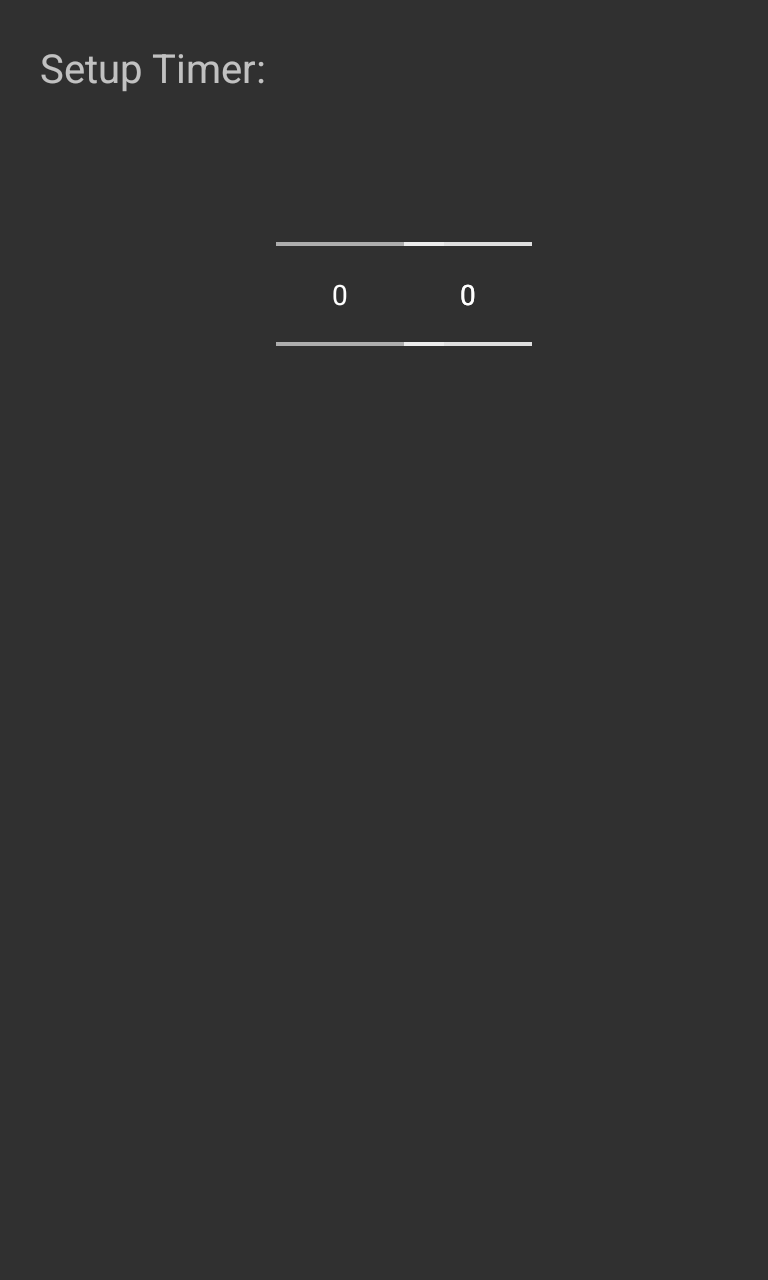
Repository: deanzaka/Shroom-Smart-Terminal
Layout: IOIOShroomST/res/layout/timer.xml
The author's editor kept a copy of each file at every save. The layout is drawn from the files as they stood at one save, then again after the next save.
It is drawn on a 768 x 1280 px phone screen (xhdpi) without system bars, with theme Theme.AppCompat; the app's code is not run.

Above is the layout before, as saved 2014-11-18 10:11:28.

### IOIOShroomST/res/layout/timer.xml
<?xml version="1.0" encoding="utf-8"?>
<LinearLayout xmlns:android="http://schemas.android.com/apk/res/android"
    android:orientation="vertical"
    android:layout_width="fill_parent"
    android:layout_height="fill_parent">

    <TextView
        android:layout_width="wrap_content"
        android:layout_height="wrap_content"
        android:text="@string/timer_setup_label"
        android:textSize="20sp"
        android:paddingTop="20dp"
        android:paddingLeft="20dp"/>

    <RelativeLayout
	    android:layout_width="fill_parent"
	    android:layout_height="wrap_content"
	    android:gravity="center_horizontal"
	    android:paddingTop="10dp"
	    android:paddingLeft="20dp">

	    <NumberPicker
		    android:id="@+id/userHour"
		    android:layout_width="wrap_content"
		    android:layout_height="wrap_content" />

	    <NumberPicker
		    android:id="@+id/userMin"
		    android:layout_width="wrap_content"
		    android:layout_height="wrap_content"
		    android:paddingLeft="20dp"
		    android:layout_toRightOf="@id/userHour"/>

	    <NumberPicker
		    android:id="@+id/userSec"
		    android:layout_width="wrap_content"
		    android:layout_height="wrap_content"
		    android:paddingLeft="20dp"
		    android:layout_toRightOf="@id/userHour"/>

	</RelativeLayout>

</LinearLayout>

### IOIOShroomST/res/values/strings.xml
<?xml version="1.0" encoding="utf-8"?>
<resources>

    <string name="app_name">Shroom - Smart Outlet</string>
    <string name="terminal_1">Plug 1</string>
    <string name="terminal_2">Plug 2</string>
    <string name="terminal_3">Plug 3</string>
    <string name="lamp">Lamp</string>
    <string name="light_label">Light intensity: </string>
    <string name="light_setup_label">Light setup: </string>
    <string name="temp_label">Temperature: </string>
    <string name="temp_setup_label">Temperature setup: </string>
    <string name="timer_setup_label">Setup Timer: </string>
    <string name="cel_label">celcius</string>
    <string name="lux_label">lux</string>
    <string name="auto_label">Auto Mode</string>
    <string name="action_sensors">Sensors</string>
    <string name="action_settings">Setting</string>
    <string name="action_timer">Timer</string>
    <string name="yes_answer">Yes</string>
    <string name="no_answer">No</string>
    <string name="title_activity_settings">Settings</string>
    <string name="hello_world">Hello world!</string>
    <string name="title_activity_sensors">Sensors</string>
    <string name="light_sensor">Light</string>
    <string name="temp_sensor">Temp</string>
    <string name="timer">Timer</string>
    <string name="title_activity_timer">Timer</string>

</resources>

After the next save:
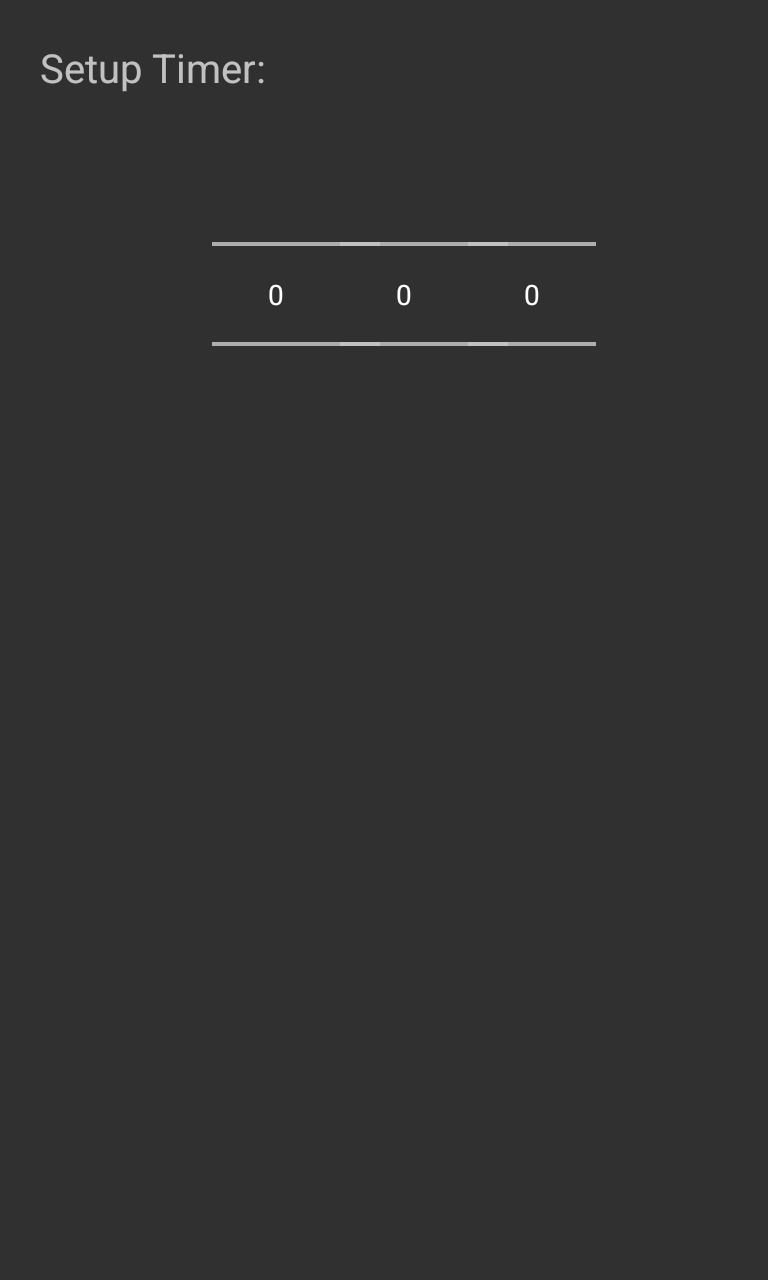
Saved 7 s later.
--- a/IOIOShroomST/res/layout/timer.xml
+++ b/IOIOShroomST/res/layout/timer.xml
@@ -36,7 +36,7 @@
 		    android:layout_width="wrap_content"
 		    android:layout_height="wrap_content"
 		    android:paddingLeft="20dp"
-		    android:layout_toRightOf="@id/userHour"/>
+		    android:layout_toRightOf="@id/userMin"/>
 
 	</RelativeLayout>
 
